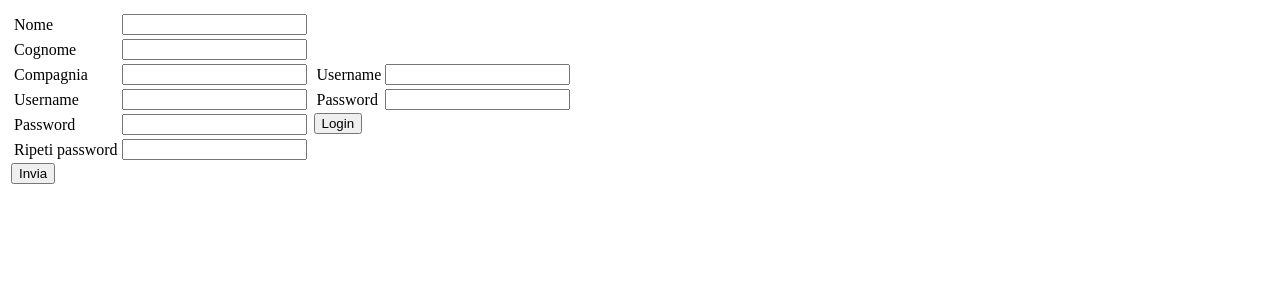
Repository: Gigi91/WMeasures
Page: wmeasuresSrv/src/view/utente.html
The author's editor kept a copy of each file at every save. The page is drawn from the files as they stood at one save, then again after the next save.
The browser window is 1280 px wide. The pictures show the whole page.

Above is the page before, as saved 2016-05-13 13:46:50.

After the next save:
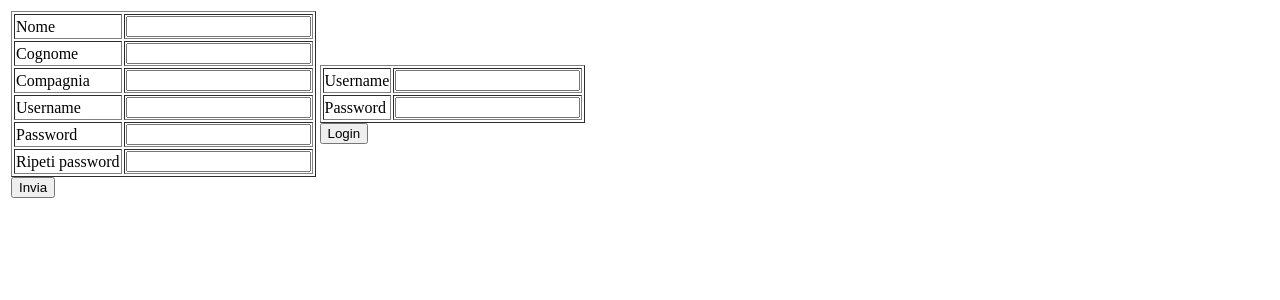
Saved 89 s later.
--- a/wmeasuresSrv/src/view/utente.html
+++ b/wmeasuresSrv/src/view/utente.html
@@ -9,7 +9,7 @@
 <tr>
 <td>
 <form method="POST" action="../controller/utentecontroller.php">
-<table style="border:1">
+<table border="1">
 	<tr>
 	<td><label>Nome</label></td><td>
 	<input type="text" name="n">
@@ -46,7 +46,7 @@
 </td>
 <td>
 <form method="GET" action="../controller/utentecontroller.php">
-<table style="border:1">
+<table border="1">
 	<tr>
 	<td><label>Username</label></td><td>
 	<input type="text" name="u">

After the save that followed:
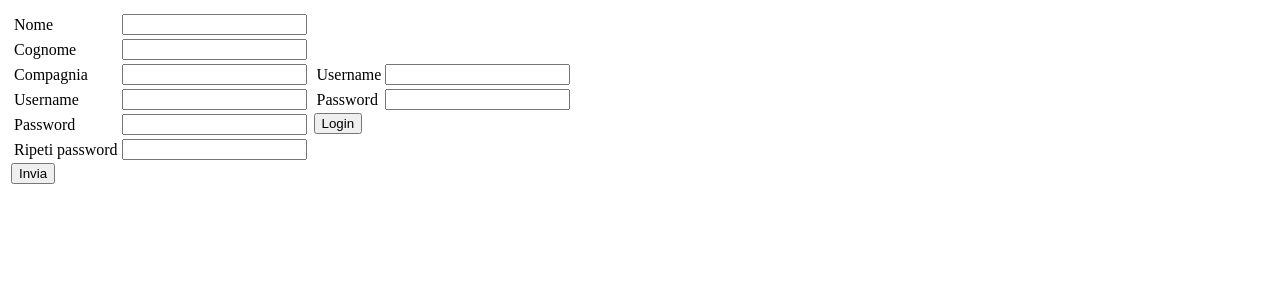
Saved 24 s later.
--- a/wmeasuresSrv/src/view/utente.html
+++ b/wmeasuresSrv/src/view/utente.html
@@ -9,7 +9,7 @@
 <tr>
 <td>
 <form method="POST" action="../controller/utentecontroller.php">
-<table border="1">
+<table>
 	<tr>
 	<td><label>Nome</label></td><td>
 	<input type="text" name="n">
@@ -46,7 +46,7 @@
 </td>
 <td>
 <form method="GET" action="../controller/utentecontroller.php">
-<table border="1">
+<table>
 	<tr>
 	<td><label>Username</label></td><td>
 	<input type="text" name="u">
